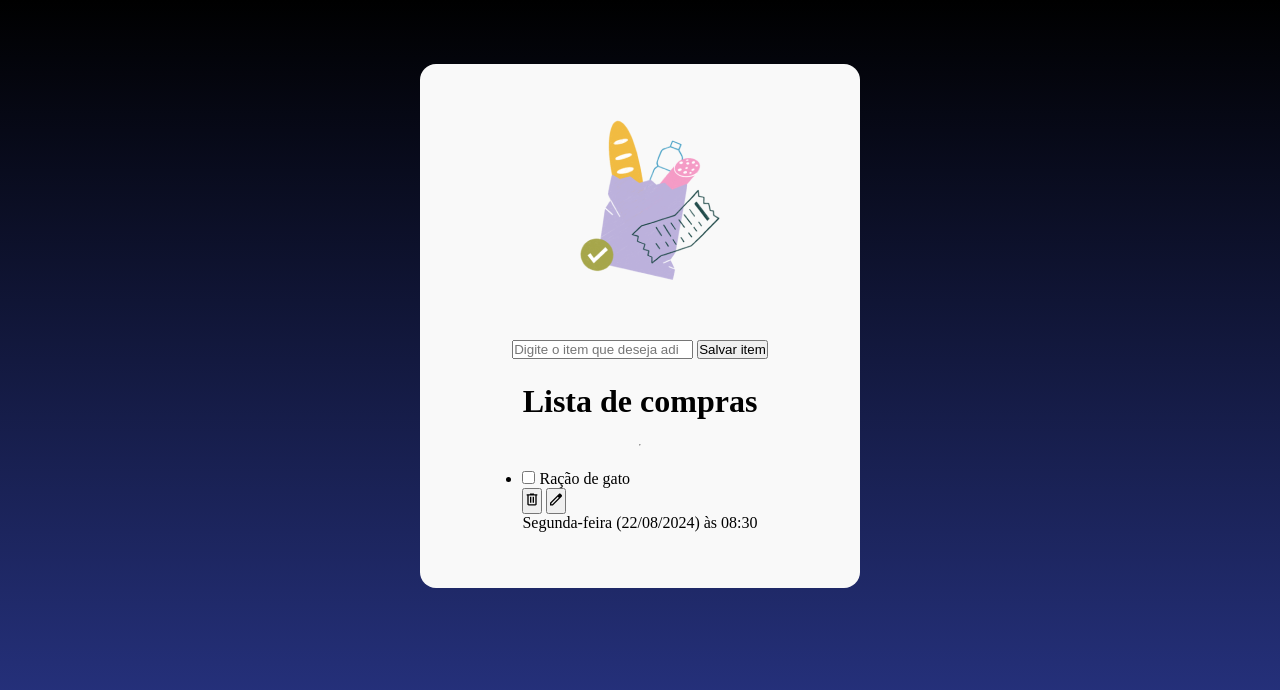
Repository: joaoPraiaJunior/compras_js
Page: index.html
An editor plug-in stored every save of this project. The page is shown before and after the next save, followed by the edit.
The browser window is 1280 px wide. The pictures show the whole page.
Some web fonts or font styles are not loaded; a fallback is used.

Above is the page before, as saved 2024-08-22 19:56:13.

### index.html
<!DOCTYPE html>
<html lang="pt-BR" dir="ltr">

<head>
    <meta charset="UTF-8">
    <meta name="viewport" content="width=device-width, initial-scale=1.0">
    <meta name="description" content="Lista de compras">
    <title>Lista de Compras</title>
    <link rel="preconnect" href="https://fonts.googleapis.com">
    <link rel="preconnect" href="https://fonts.gstatic.com" crossorigin>
    <link href="https://fonts.googleapis.com/css2?family=Krona+One&family=Montserrat&family=Numans&display=swap" rel="stylesheet">
    <link rel="stylesheet" href="./css/styles.css">
</head>

<body>
    <header>
        <img src="./img/bag.png" alt="sacola de compras">
    </header>
    <main>
        <form>
            <input type="search" name="busca" placeholder="Digite o item que deseja adicionar">
            <button>Salvar item</button>
        </form>
        <h1>Lista de compras</h1>
        <hr>

        <ul>
            <li>
                <div>
                    <div>
                        <input type="checkbox" name="produto" id="racao_de_gato">
                        <label for="racao_de_gato">Ração de gato</label>
                    </div>
                    <div>
                        <button><img src="./img/delete.svg" alt="Deletar"></button>
                        <button><img src="./img/edit.svg" alt="Editar"></button>
                    </div>
                </div>
                <p>Segunda-feira (<time datetime="2024-08-22">22/08/2024</time>) às <time>08:30</time></p>
            </li>
        </ul>
    </main>
</body>

</html>

### css/styles.css
* {
    box-sizing: border-box;
    margin: 0;
    padding: 0;
}

html {
    font-size: 62.5%;
}

:root {
    --cor-primaria: #F55B64;
    --cor-secundaria: #C2373F;
    --neutro: #F9F9F9;
    --preto: #131730;
    --fonte-titulo: "Krona One", sans-serif;
    --fonte-texto: 'Numans', sans-serif;
    --degrade-azul: linear-gradient(180deg, #000000 0%, #26327F 100%);
}

body {
    display: flex;
    flex-direction: column;
    align-items: center;
    background: var(--degrade-azul);
    background-repeat: no-repeat;
    font-size: 1.6rem;
    height: 100vh;
}

header {
    text-align: center;
    margin-top: 6.4rem;
    background-color: var(--neutro);
    border-radius: 1.6rem 1.6rem 0 0;
    padding: 5.6rem 5.6rem 0 5.6rem;
    width: 44.0rem;

}

main {
    display: flex;
    flex-direction: column;
    align-items: center;
    gap: 2.4rem;
    background-color: var(--neutro);
    border-radius: 0 0 1.6rem 1.6rem;
    padding: 5.6rem;
    width: 44.0rem;
}

After the next save:
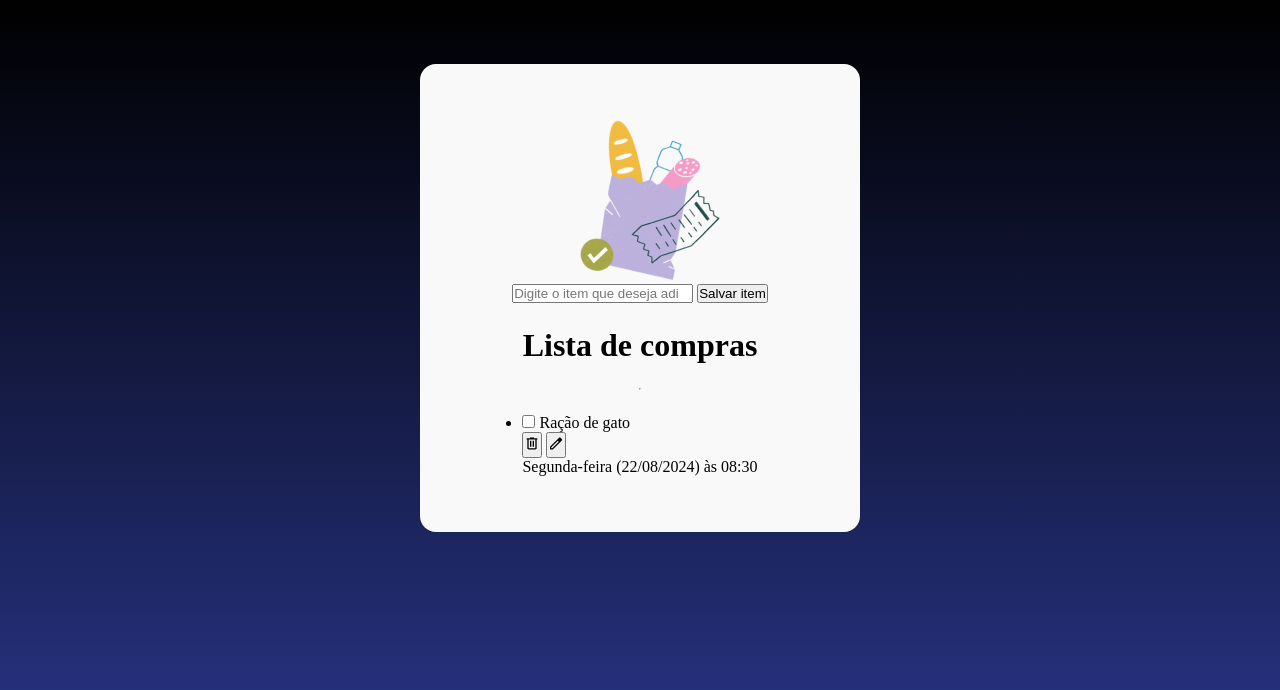
Saved 23 s later.
--- a/css/styles.css
+++ b/css/styles.css
@@ -45,6 +45,6 @@ main {
     gap: 2.4rem;
     background-color: var(--neutro);
     border-radius: 0 0 1.6rem 1.6rem;
-    padding: 5.6rem;
+    padding: 0 5.6rem 5.6rem 5.6rem;
     width: 44.0rem;
 }
